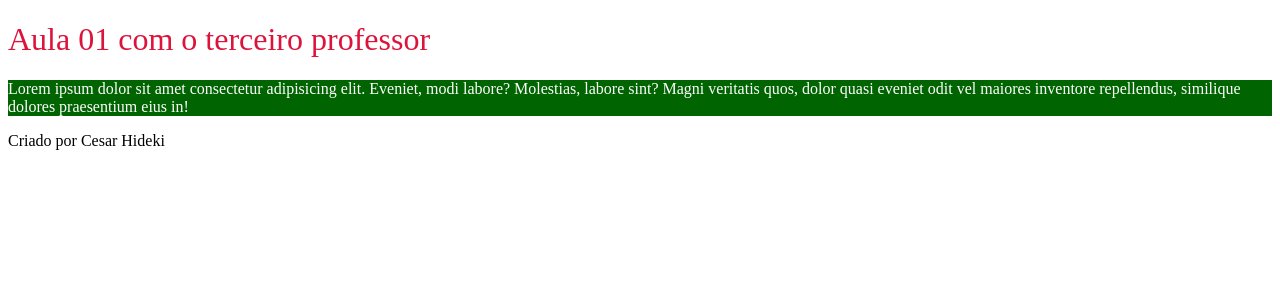
Repository: geracao-11/aula-01-pt2
Page: index.html
The author's editor kept a copy of each file at every save. The page is drawn from the files as they stood at one save, then again after the next save.
The browser window is 1280 px wide. The pictures show the whole page.

Above is the page before, as saved 2025-04-09 10:20:18.

After the next save:
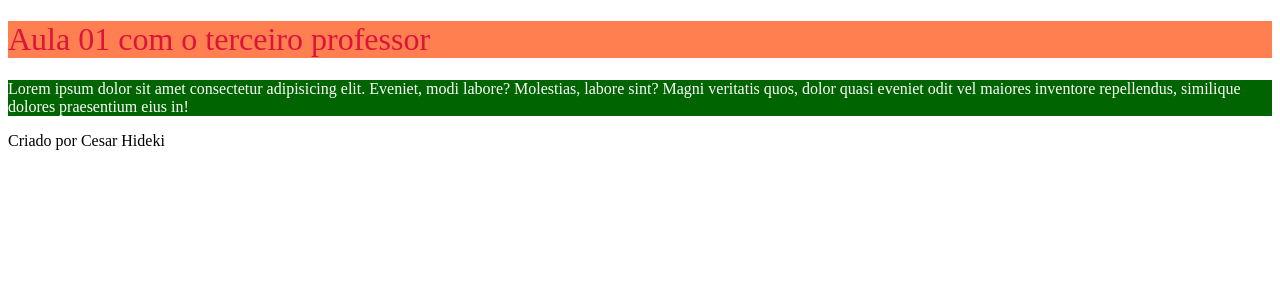
Saved 4 s later.
--- a/style.css
+++ b/style.css
@@ -2,7 +2,7 @@ h1 {
     font-size: xx-large;
     font-weight: lighter;
     color: crimson;
-    background-color: ;
+    background-color: coral;
 }
 
 div {
